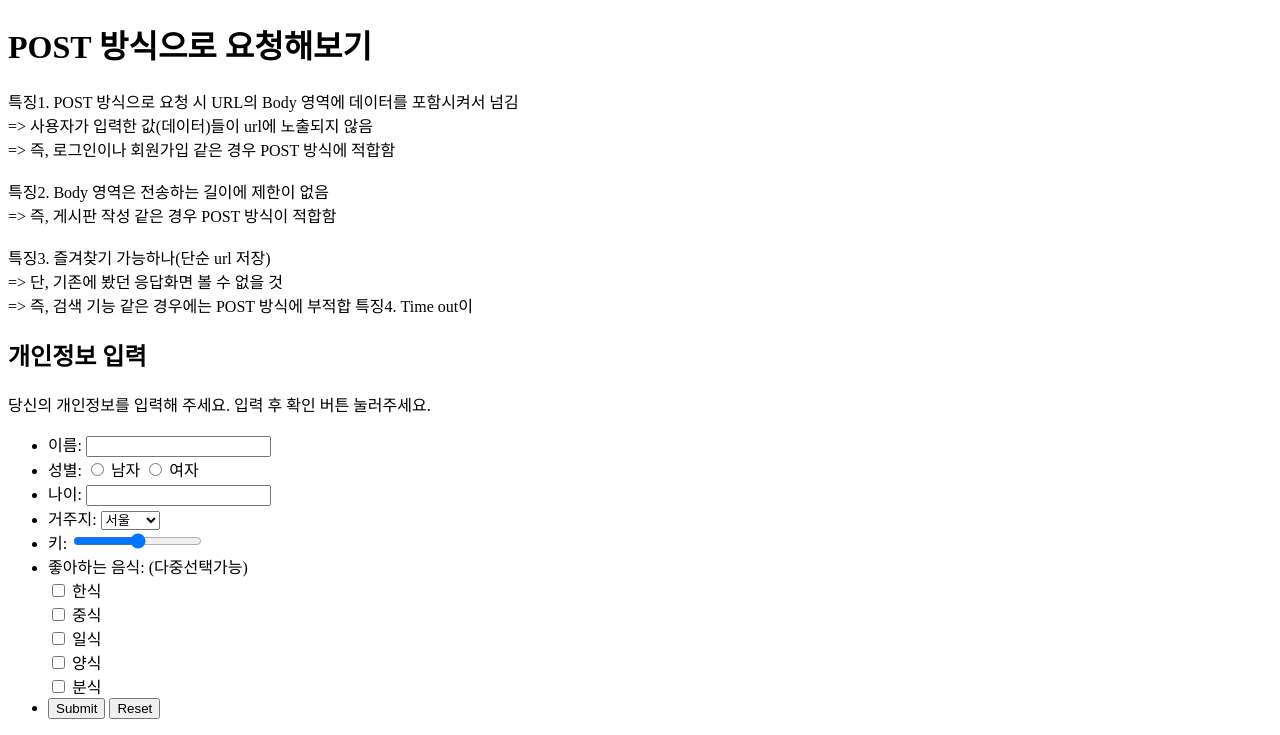
Repository: 1400CP/05_server-workspace1
Page: 1_Servlet/WebContent/views/requestTest_POST.html
These files come from the project's save history. The page is drawn as it stood at one moment and after the next save; the edit follows.
The browser window is 1280 px wide. The pictures show the whole page.

Above is the page before, as saved 2025-02-14 03:49:29.

After the next save:
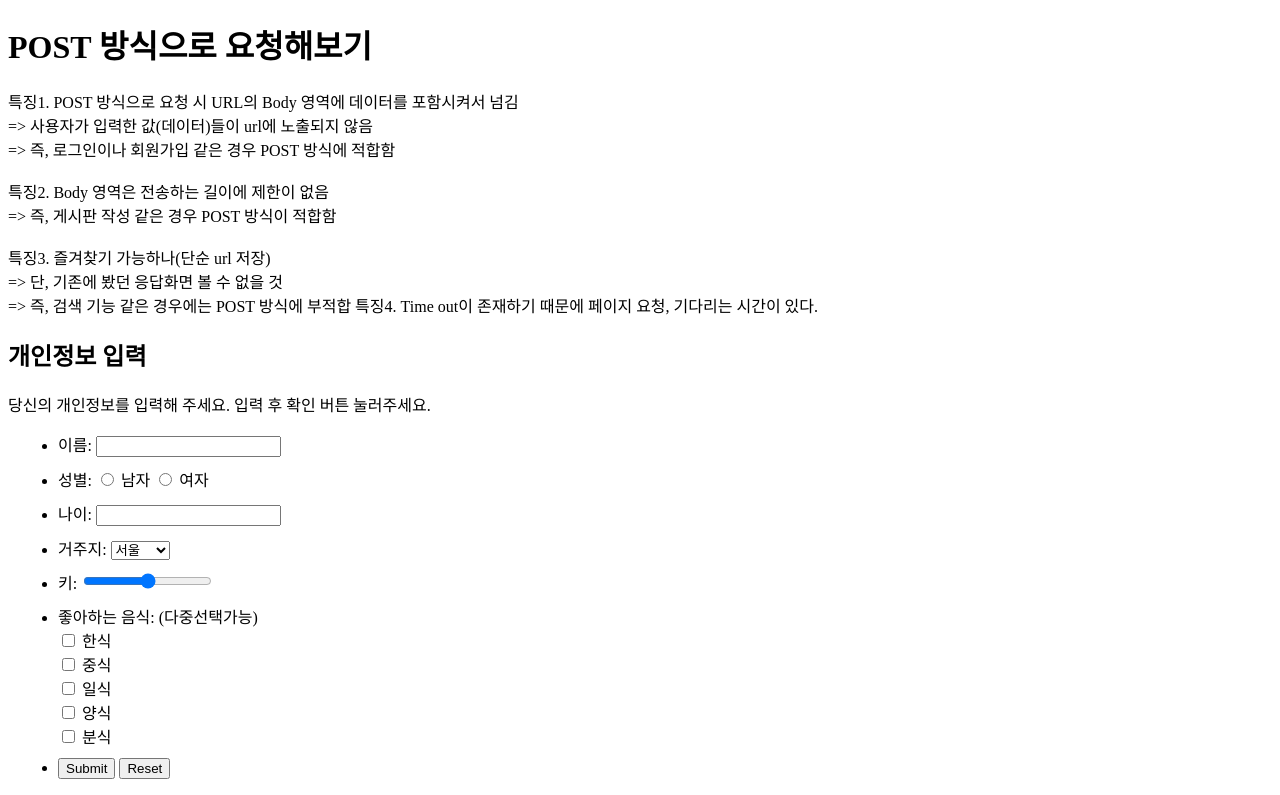
Saved 22 s later.
--- a/1_Servlet/WebContent/views/requestTest_POST.html
+++ b/1_Servlet/WebContent/views/requestTest_POST.html
@@ -3,6 +3,11 @@
 <head>
 <meta charset="UTF-8">
 <title>Insert title here</title>
+<style>
+	li{
+		margin: 10px;
+	}
+</style>
 </head>
 <body>
 
@@ -20,7 +25,7 @@
 		=> 단, 기존에 봤던 응답화면 볼 수 없을 것 <br>
 		=> 즉, 검색 기능 같은 경우에는 POST 방식에 부적합
 
-	특징4. Time out이
+	특징4. Time out이 존재하기 때문에 페이지 요청, 기다리는 시간이 있다.
 </p>
 
 <h2>개인정보 입력</h2>
